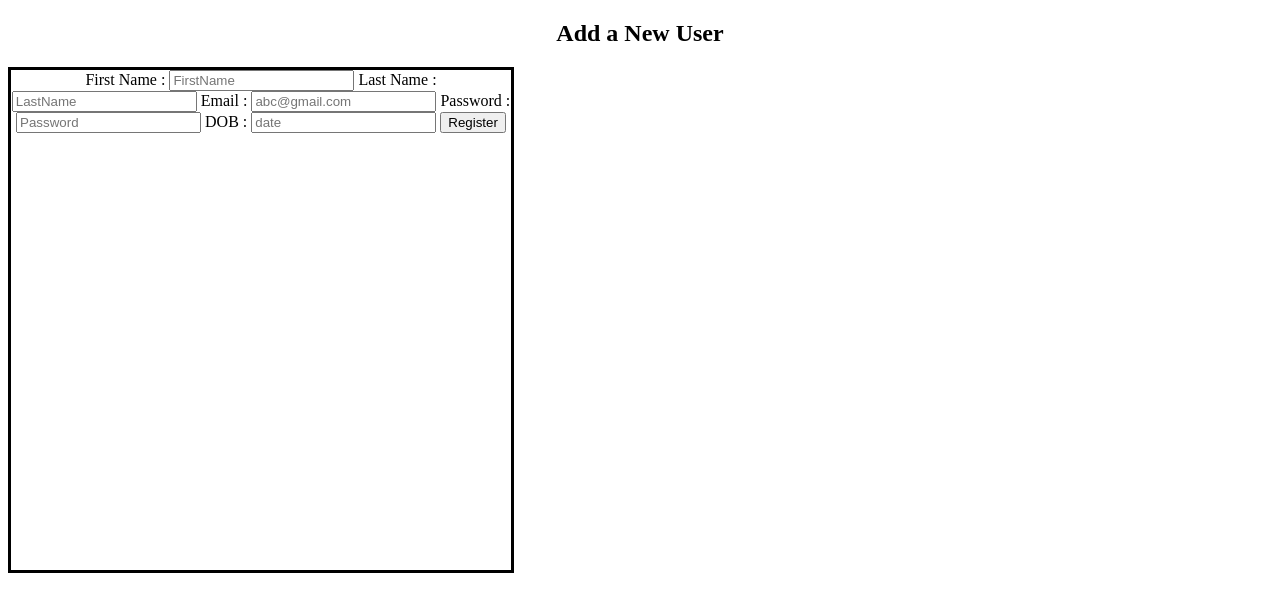
Repository: KD3-86718-yagywalky/Advance-java
Page: http://localhost/Assignment04/newuser.jsp
The author's editor kept a copy of each file at every save. The page is drawn from the files as they stood at one save, then again after the next save.
The browser window is 1280 px wide. The pictures show the whole page.
The page is served by Tomcat 9.

Above is the page before, as saved 2024-12-05 13:11:12.

After the next save:
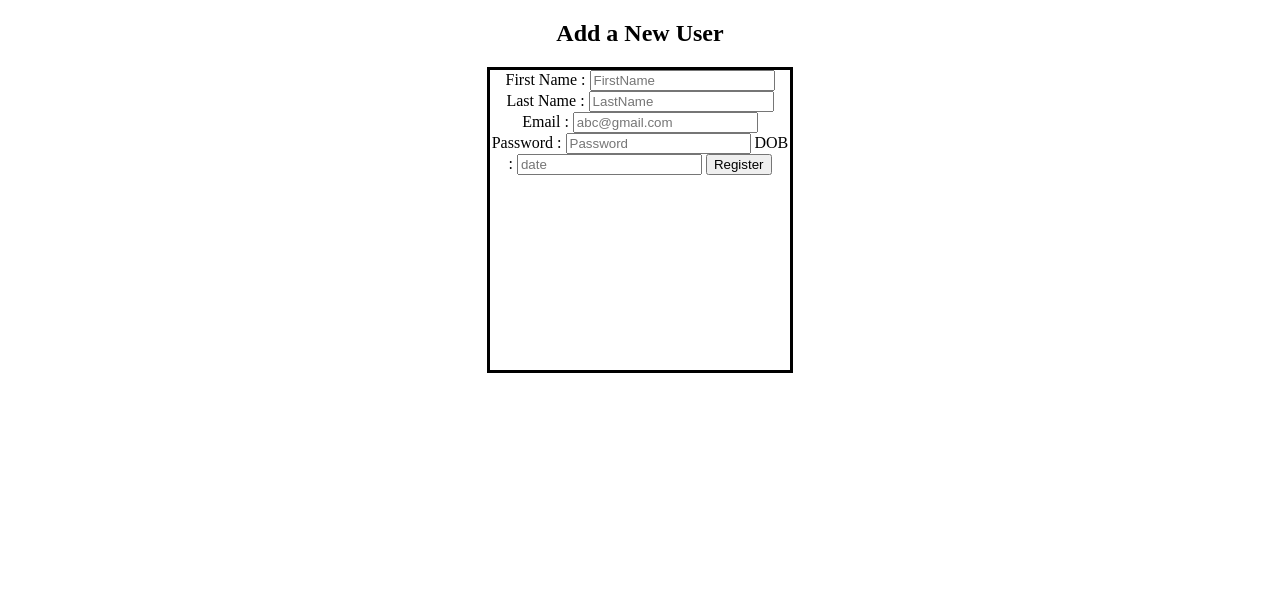
Saved 59 s later.
--- a/Assignment_04/Assignment04/src/main/webapp/newuser.jsp
+++ b/Assignment_04/Assignment04/src/main/webapp/newuser.jsp
@@ -9,7 +9,8 @@
 <body style="text-align: center;">
 
 <h2>Add a New User </h2>
-<div style="height: 500px; width: 500px; border: solid; align-self: center;">
+<center>
+<div style="height: 300px; width: 300px; border: solid; align-self: center;" >
 
 <form action="register.jsp" method="post">
 First Name : <input type="text" name="fname" placeholder="FirstName">
@@ -19,5 +20,7 @@ Password : <input type="password" name="passwd" placeholder="Password">
 DOB : <input type="text" name="date" placeholder="date">
 <input type="submit" value="Register">
 </form>
+</div>
+
 </body>
 </html>
